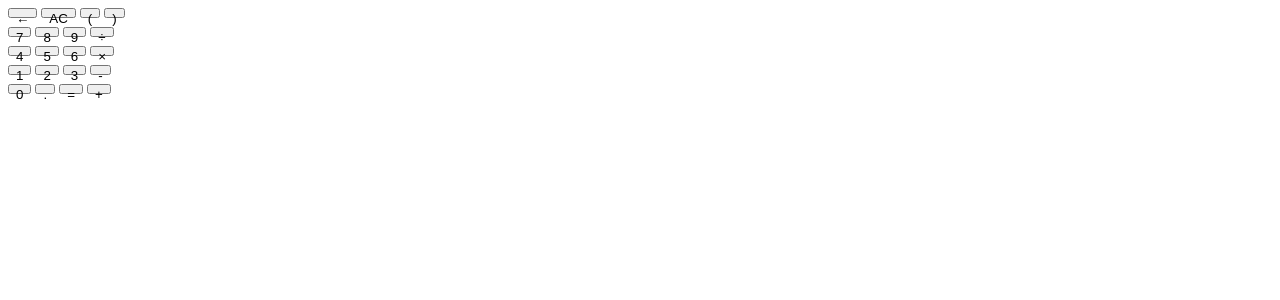
Repository: z1youRA/MyCalculator
Page: index.html
The author's editor kept a copy of each file at every save. The page is drawn from the files as they stood at one save, then again after a run of saves.
The browser window is 1280 px wide. The pictures show the whole page.

Above is the page before, as saved 2021-12-19 14:01:22.

### index.html
<!DOCTYPE html>
<html lang="en">
<head>
    <meta charset="UTF-8">
    <meta http-equiv="X-UA-Compatible" content="IE=edge">
    <meta name="viewport" content="width=device-width, initial-scale=1.0">
    <title>Document</title>
    <link rel='stylesheet' href='./css/styles.css'>
</head>
<body>
    <div class='buttons'>
        <div class='first-line'>
            <button>←</button>
            <button>AC</button>
            <button>(</button>
            <button>)</button>
        </div>
        <div class='second-line'>
            <button>7</button>
            <button>8</button>
            <button>9</button>
            <button>÷</button>
        </div>
        <div class='third-line'>
            <button>4</button>
            <button>5</button>
            <button>6</button>
            <button>×</button>
        </div>
        <div class='fourth-line'></div>
            <button>1</button>
            <button>2</button>
            <button>3</button>
            <button>-</button>
        <div class='fifth-line'>
            <button>0</button>
            <button>.</button>
            <button>=</button>
            <button>+</button>
        </div>
    </div>
</body>
<script src='script.js'>
</script>
</html>

### css/styles.css
buttons {
    display: flex;
    flex-direction: column;
}


button {
    height: 10px;
}

### script.js
function add(num1, num2) {
    return num1 + num2;
}

function subtract(num1, num2) {
    return num1 - num2;
}

function multiply(num1, num2) {
    return num1 * num2;
}

function divide(num1, num2) {
    return num1 / num2;
}

function operate(operator, num1, num2) {
    if(operator === '+') {
        return add(num1, num2);
    }
    if(operator === '-') {
        return subtract(num1, num2);
    }
    if(operator === '*'|| operator === '×') {
        return multiply(num1, num2);
    }
    if(operator === '/'|| operator === '÷') {
        return divide(num1, num2);
    }
}

After the next 2 saves:
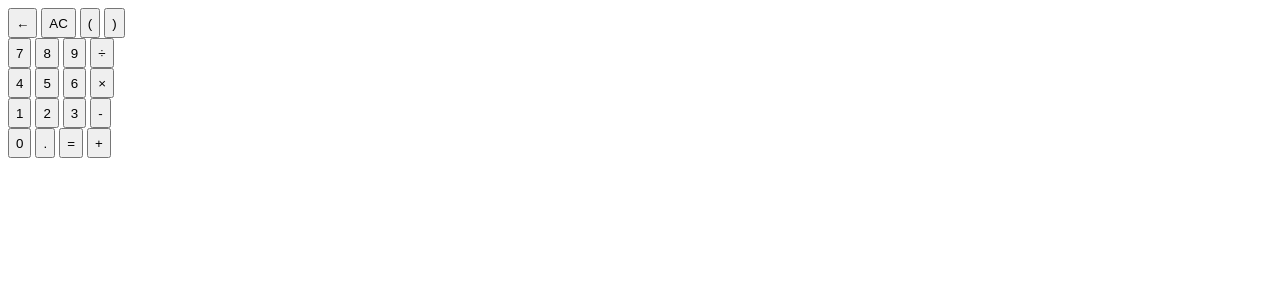
The 2 saves are shown as one change because they came seconds apart.
The last was saved 6 s later.
--- a/css/styles.css
+++ b/css/styles.css
@@ -5,5 +5,5 @@ buttons {
 
 
 button {
-    height: 10px;
+    height: 30px;
 }
